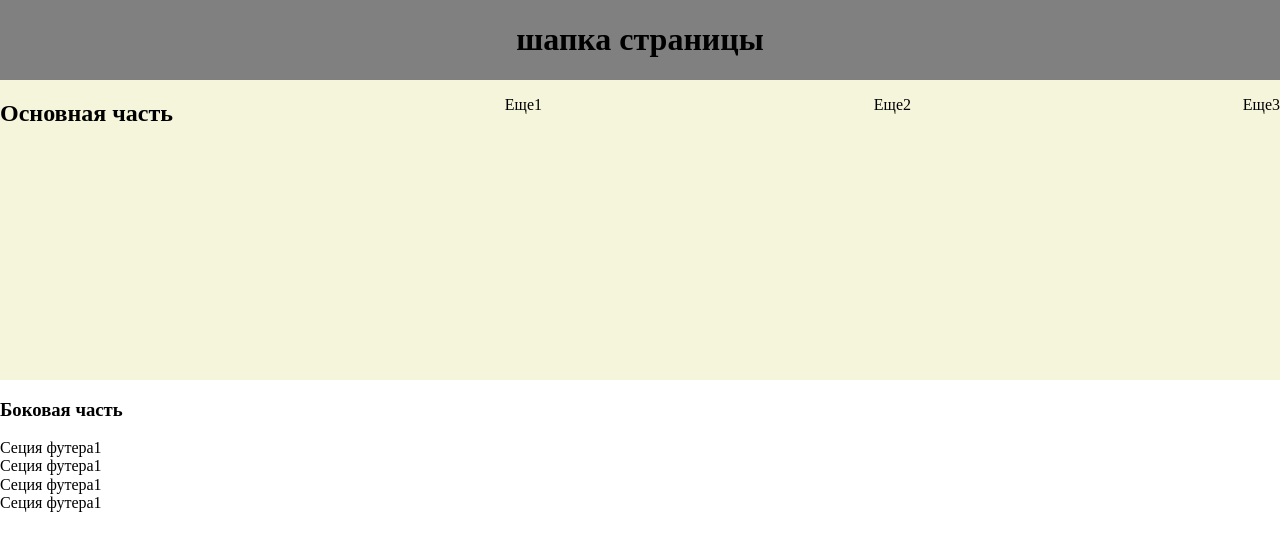
Repository: IrinaGetmanenko/week5
Page: week5/index.html
The author's editor kept a copy of each file at every save. The page is drawn from the files as they stood at one save, then again after the next save.
The browser window is 1280 px wide. The pictures show the whole page.

Above is the page before, as saved 2022-08-27 20:52:17.

### week5/index.html
<!DOCTYPE html>
<html lang="en">
<head>
    <meta charset="UTF-8">
    <meta http-equiv="X-UA-Compatible" content="IE=edge">
    <meta name="viewport" content="width=device-width, initial-scale=1.0">
    <link rel="stylesheet" href="normalize.css">
    <title>Document</title>
    <style>
        .h1{
           display: flex;
           justify-content: center;
           height: 80px;
           background-color: gray;
        }
        .container1{
            display: flex;
            justify-content: flex-start;
            height: 300px;
            background-color: beige;
        }
        .main1{
            display: flex;
            flex: 1;
            height: 20px;
            border: 20px;
            color: rgb(27, 102, 167);
        }
        .main2{
            flex: 1;
}
.main3{
    flex: 1;
}

.aside{


}
    </style>
</head>
<body>
    <header>
        <div class="h1">
            <h1>шапка страницы</h1>
    </header>

    <main>
        <div class="container1"><h2>Основная часть</h2>

        <div class="main1"></div>
        <p>Еще1</p>

        <div class="main2"></div>
        <p>Еще2</p>

        <div class="main3"></div>
        <p>Еще3</p>
    </div>
    <div class="aside"> <h3>Боковая часть</h3>
    </div>
    </main>



    <footer>
        <div>Сеция футера1</div>
        <div>Сеция футера1</div>
        <div>Сеция футера1</div>
        <div>Сеция футера1</div>
    </footer>


</body>
</html>

Loaded but not shown: week5/normalize.css (library)

After the next save:
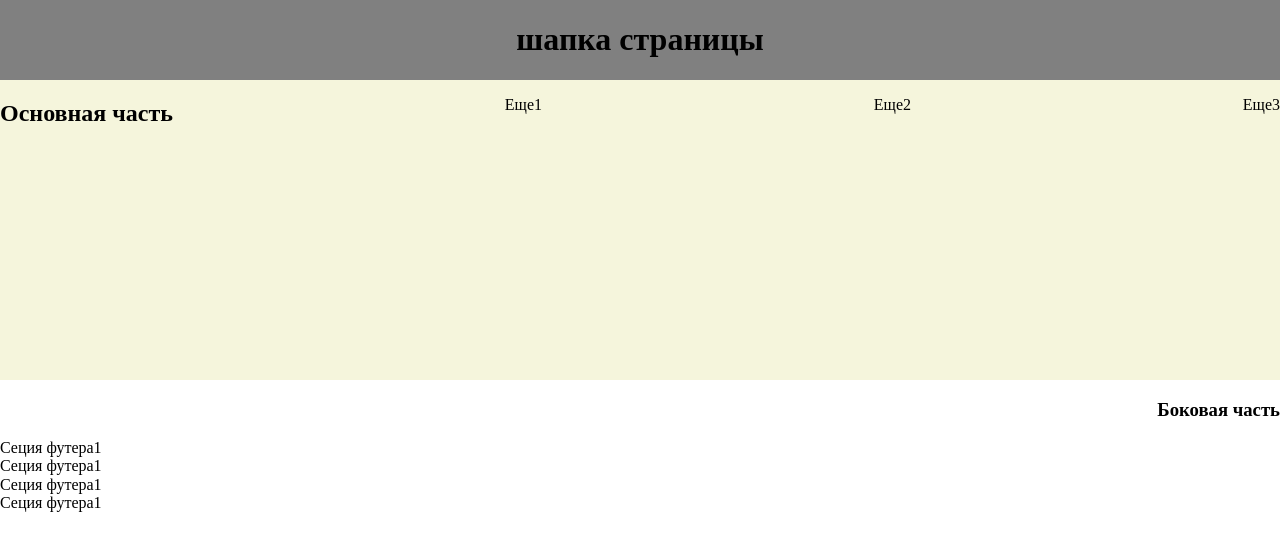
Saved 48 s later.
--- a/week5/index.html
+++ b/week5/index.html
@@ -27,13 +27,17 @@
             color: rgb(27, 102, 167);
         }
         .main2{
+            display: flex;
             flex: 1;
 }
 .main3{
+    display: flex;
     flex: 1;
 }
 
 .aside{
+    display: flex;
+    justify-content: flex-end;
 
 
 }
